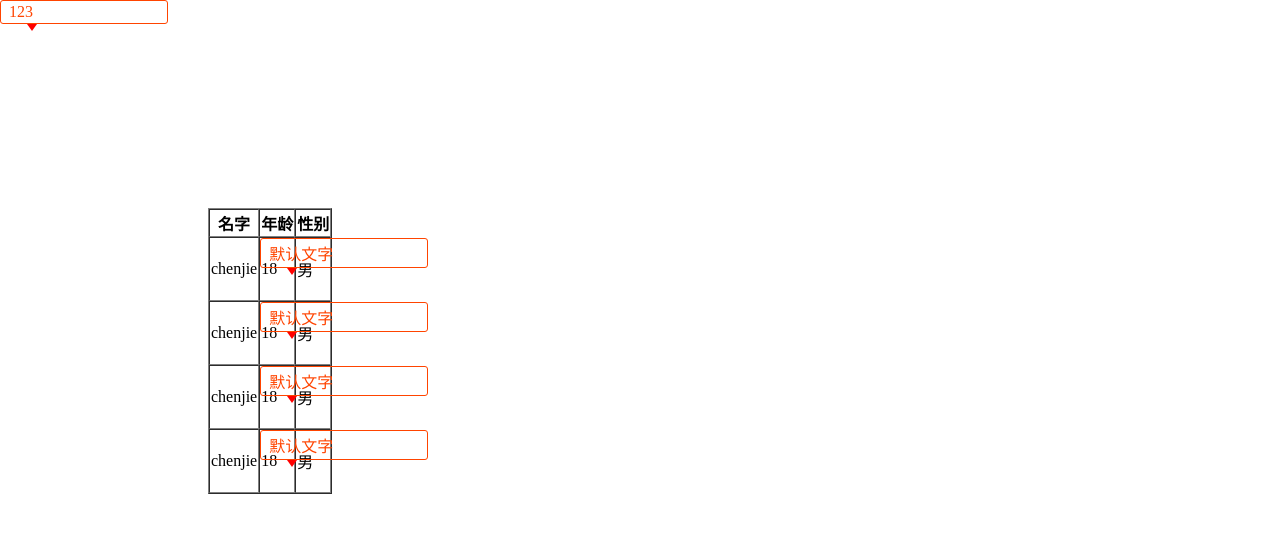
Repository: chenjieya/java
Page: index.html
These files come from the project's save history. The page is drawn as it stood at one moment and after the next save; the edit follows.
The browser window is 1280 px wide. The pictures show the whole page.

Above is the page before, as saved 2023-05-17 09:08:04.

### index.html
<!DOCTYPE html>
<html lang="en">
<head>
  <meta charset="UTF-8">
  <meta http-equiv="X-UA-Compatible" content="IE=edge">
  <meta name="viewport" content="width=device-width, initial-scale=1.0">
  <title>Document</title>
  <style>
    tr td {
      height: 60px;
    }

    /* tooltip弹框 */
    .tooltip {
      padding: 2px 8px;
      position: absolute;
      top: 0;
      left: 0;
      color: #f40;
      border: 1px solid #f40;
      min-width: 150px;
      border-radius: 3px;
    }
    /* tooltip下方的三角 */
    .tooltip::after {
      content: '';
      position: absolute;
      bottom: -8px;
      left: 26px;
      width: 0;
      height: 0;
      border-left: 5px solid transparent;
      border-right: 5px solid transparent;
      border-top: 7px solid red;
    }
  </style>
</head>
<body style="padding: 200px;">
  <table border="1" cellspacing="0">
    <tr>
      <th>名字</th>
      <th>年龄</th>
      <th>性别</th>
    </tr>
    <tr>
      <td>chenjie</td>
      <td field="SEX">18</td>
      <td>男</td>
    </tr>
    <tr>
      <td>chenjie</td>
      <td field="SEX">18</td>
      <td>男</td>
    </tr>
    <tr>
      <td>chenjie</td>
      <td field="SEX">18</td>
      <td>男</td>
    </tr>
    <tr>
      <td>chenjie</td>
      <td field="SEX">18</td>
      <td>男</td>
    </tr>
  </table>

  <div class="tooltip">123</div>

  <script>
    const Otd = document.querySelectorAll('td[field="SEX"]');
    console.log(Otd);

    for(let i = 0; i < Otd.length; i++) {
      Otd[i].style.position = 'relative';
      toolTip(Otd[i]);
    }


    function toolTip(dom, text='默认文字') {
      const oDiv = document.createElement('div');
      oDiv.classList.add('tooltip');
      oDiv.innerText = `${text}`;
      dom.appendChild(oDiv);
    }
  </script>
</body>
</html>

After the next save:
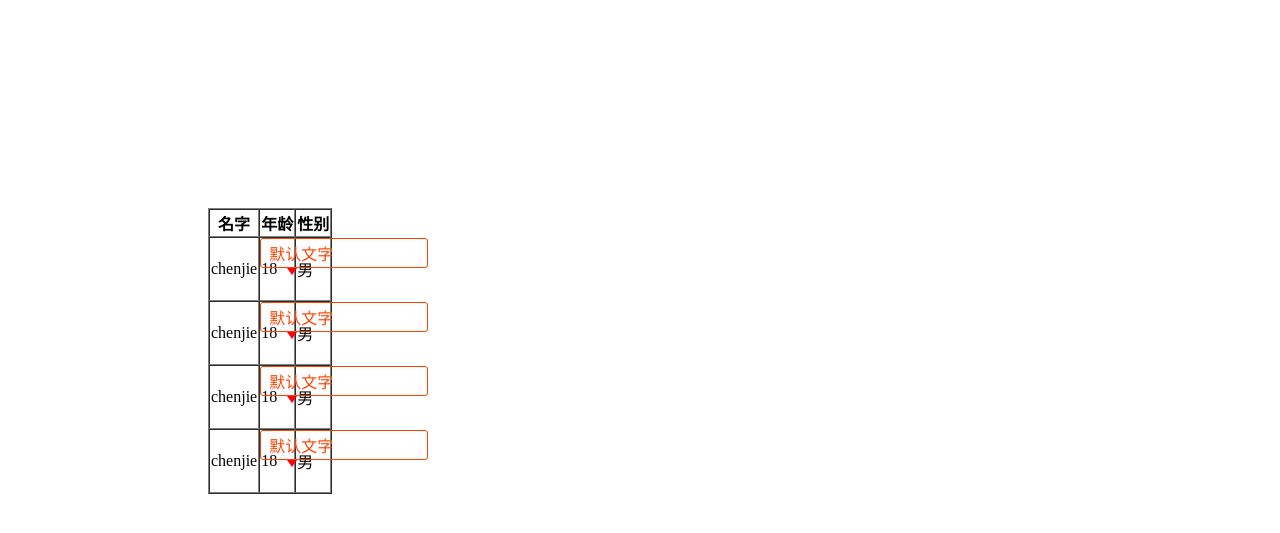
Saved 15 s later.
--- a/index.html
+++ b/index.html
@@ -63,9 +63,6 @@
       <td>男</td>
     </tr>
   </table>
-
-  <div class="tooltip">123</div>
-
   <script>
     const Otd = document.querySelectorAll('td[field="SEX"]');
     console.log(Otd);
